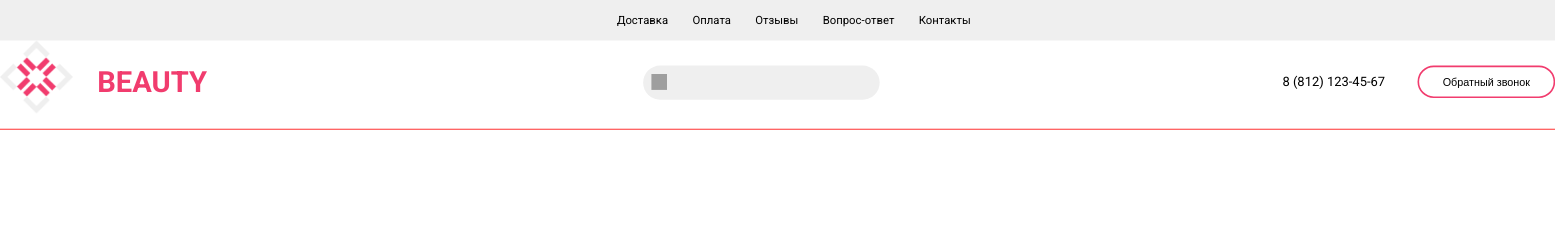
Repository: savannaaaas/verstka
Page: index.html
The author's editor kept a copy of each file at every save. The page is drawn from the files as they stood at one save, then again after a run of saves.
The browser window is 1280 px wide. The page is 1920 px wide, so the pictures cover 1920 px, including what lies to the right of the window. The pictures show the whole page, at 81% of full size.
Pictures or frames that could not be fetched are drawn as grey boxes. Some web fonts or font styles are not loaded; a fallback is used.

Above is the page before, as saved 2025-04-15 16:26:55.

### index.html
<!DOCTYPE html>
<html lang="en">
<head>
    <meta charset="UTF-8">
    <meta name="viewport" content="width=device-width, initial-scale=1.0">
    <title>Figma</title>
    <link rel="preconnect" href="https://fonts.googleapis.com">
    <link rel="preconnect" href="https://fonts.gstatic.com" crossorigin>
    <link href="https://fonts.googleapis.com/css2?family=Istok+Web:ital,wght@0,400;0,700;1,400;1,700&family=Italiana&family=Jura:wght@300..700&family=Roboto:ital,wght@0,100..900;1,100..900&display=swap" rel="stylesheet">
    <link rel="stylesheet" href="style.css">
</head>
<body>
    <div class="content">
        <div class="top-line">
            <ul>
                <li>Доставка</li>
                <li>Оплата</li>
                <li>Отзывы</li>
                <li>Вопрос-ответ</li>
                <li>Контакты</li>
            </ul>
        </div>
        <div class="second-line">
                <div class="logo"><img alt="logo" src="logo.png">
                    <h1>BEAUTY</h1>
                </div>
            <div class="search">
                <input class="search">
                <img alt="search" src="search.png">
            </div>
            <div class="contact">
                <p>8 (812) 123-45-67</p>
                <button>Обратный звонок</button>
            </div>
        </div>
         <hr>
    </div>
</body>
</html>

### style.css
body {
    min-height: 100vh;
    width: 1920px;
    scroll-behavior: smooth;
    text-rendering: optimizeSpeed;
    line-height: 1.5;
    margin: 0;
    padding: 0;
    font-family: "Roboto", sans-serif;
    font-weight: 400;
    font-style: normal;
    font-size: 14px;

  }
  .top-line{
    display: flex;
    background-color: #EFEFEF;
    height: 50px;
    align-items: center;
    justify-content: center;

  }
   .top-line ul{
    display: flex;
    list-style: none;
    flex-wrap: nowrap;
    gap: 30px;
   }
   .second-line{
    display: flex;
    margin: 0 auto;
    align-items: center;
  justify-content: space-between;
   }

.logo{
    display: flex;
    flex-wrap: nowrap;
    gap: 30px;
   }
.logo img{
    width: 90px;
    height: 90px;
}
 .logo h1{
    font-size: 36px;
    color: #F13C6E;
   }

   .search {
    position: relative;
    width: 250px;
    height: 40px;
  }

  .search input {
    border-radius: 40px;
    width: 100%;
    height: 100%;
    border: none;
    background-color: #EFEFEF;
    padding-left: 40px;
  }

  .search img {
    position: absolute;
    left: 10px;
    top: 50%;
    transform: translateY(-50%);
    width: 20px;
    height: 20px;
    pointer-events: none;
  }
  .contact{
    display: flex;
    gap: 40px;
    align-items: center;

  }
  .contact p{
    font-size: 16px;
  }
  .contact button{
    width: 170px;
    height: 40px;
    border: 2px solid #F13C6E;
    border-radius: 40px;
    background: transparent;
  }
 hr{
        border: none; /* Убираем границу */
        background-color: red; /* Цвет линии */
        color: red; /* Цвет линии для IE6-7 */
        height: 1px; /* Толщина линии */
  }

After the next 2 saves:
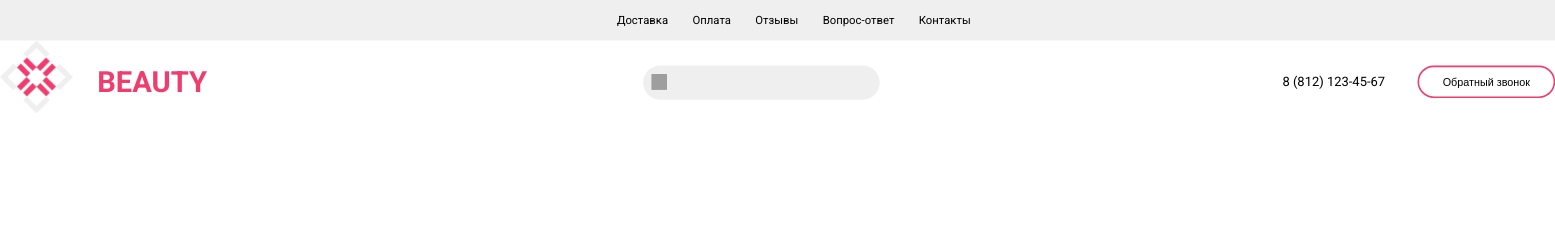
The 2 saves are shown as one change because they came seconds apart.
The last was saved 6 s later.
--- a/style.css
+++ b/style.css
@@ -91,5 +91,5 @@
         border: none; /* Убираем границу */
         background-color: red; /* Цвет линии */
         color: red; /* Цвет линии для IE6-7 */
-        height: 1px; /* Толщина линии */
+       width: 1px; /* Толщина линии */
   }
